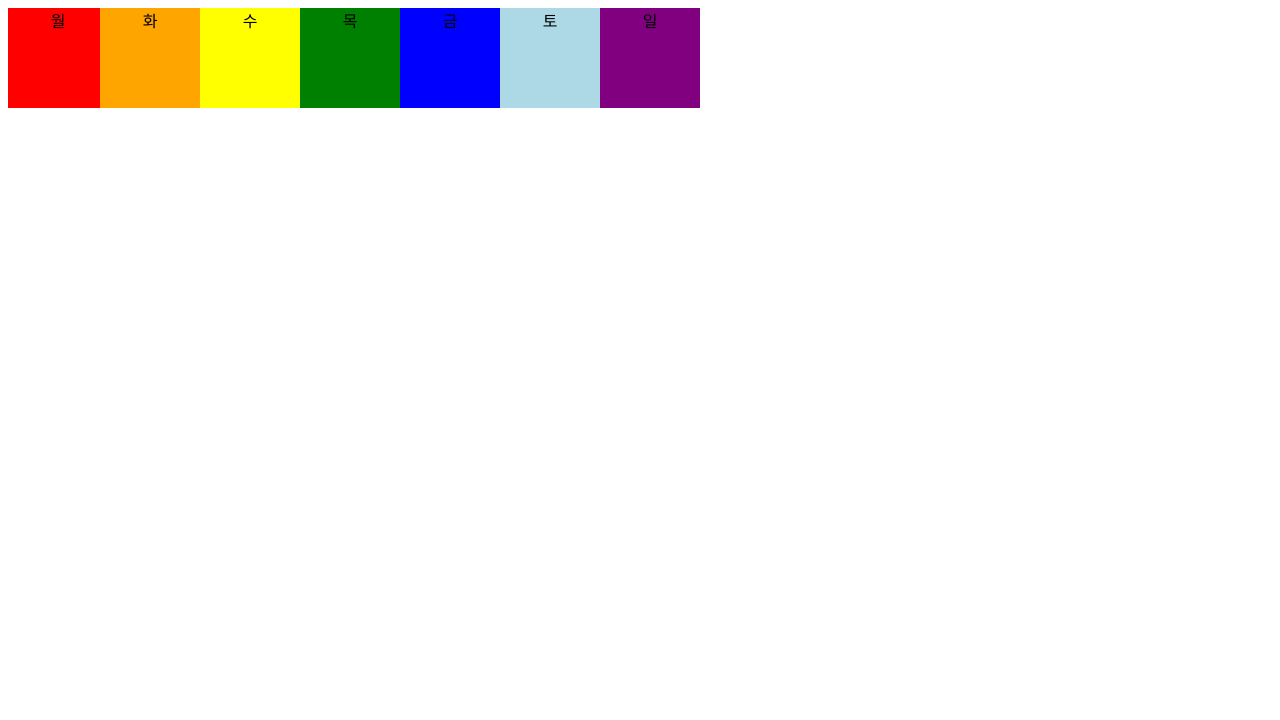
Repository: Jooheehan-kopo/web-workspace
Page: Lecture-web/WebContent/Jquery/weekdays.html
An editor plug-in stored every save of this project. The page is shown before and after the next save, followed by the edit.
The browser window is 1280 px wide. The pictures show the whole page.
Some web libraries are served in a nearby version.

Above is the page before, as saved 2021-06-17 08:09:01.

After the next save:
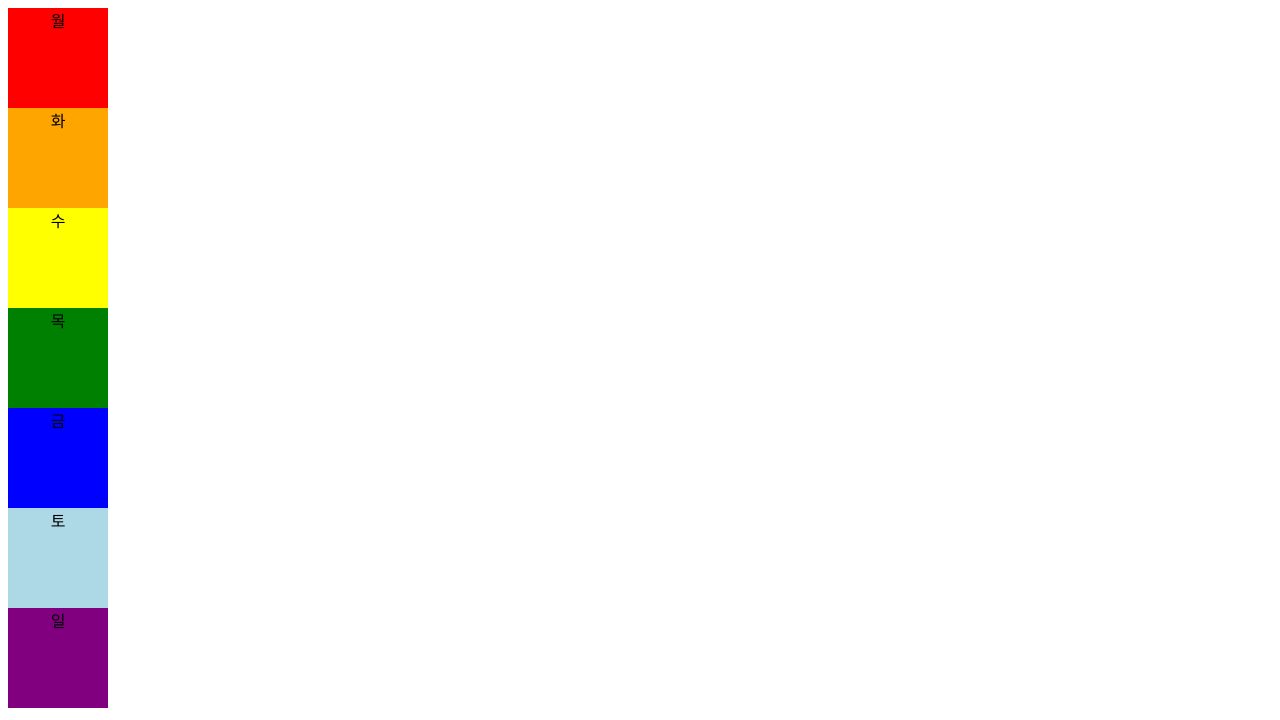
Saved 2 min 4 s later.
--- a/Lecture-web/WebContent/Jquery/weekdays.html
+++ b/Lecture-web/WebContent/Jquery/weekdays.html
@@ -9,7 +9,7 @@
 	width: 100px;
 	height: 100px;
 	background-color: red;
-	position: absolute;
+
 	text-align: center;
 }
 #tue {
@@ -17,7 +17,7 @@
 	height: 100px;
 	left:100px;
 	background-color: orange;
-	position: absolute;
+
 	text-align: center;
 }
 #wed {
@@ -25,7 +25,7 @@
 	height: 100px;
 	left:200px;
 	background-color: yellow;
-	position: absolute;
+
 	text-align: center;
 }
 #thrs {
@@ -33,7 +33,7 @@
 	height: 100px;
 	left:300px;
 	background-color: green;
-	position: absolute;
+
 	text-align: center;
 }
 #fri {
@@ -41,7 +41,7 @@
 	height: 100px;
 	left:400px;
 	background-color: blue;
-	position: absolute;
+
 	text-align: center;
 }
 #sat {
@@ -49,7 +49,7 @@
 	height: 100px;
 	left:500px;
 	background-color: lightblue;
-	position: absolute;
+
 	text-align: center;
 }
 #sun {
@@ -57,7 +57,7 @@
 	height: 100px;
 	left:600px;
 	background-color: purple;
-	position: absolute;
+
 	text-align: center;
 }
 

After the save that followed:
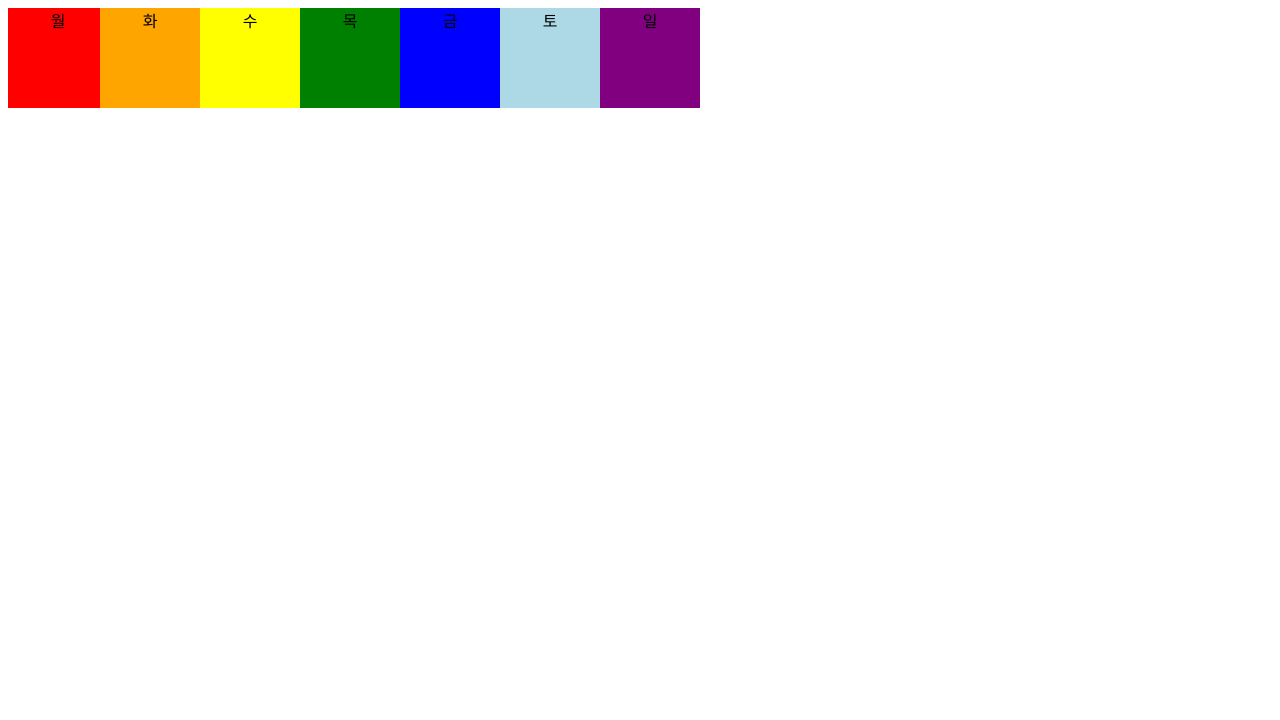
Saved 29 s later.
--- a/Lecture-web/WebContent/Jquery/weekdays.html
+++ b/Lecture-web/WebContent/Jquery/weekdays.html
@@ -9,7 +9,7 @@
 	width: 100px;
 	height: 100px;
 	background-color: red;
-
+	position: absolute;
 	text-align: center;
 }
 #tue {
@@ -17,7 +17,7 @@
 	height: 100px;
 	left:100px;
 	background-color: orange;
-
+	position: absolute;
 	text-align: center;
 }
 #wed {
@@ -25,7 +25,7 @@
 	height: 100px;
 	left:200px;
 	background-color: yellow;
-
+	position: absolute;
 	text-align: center;
 }
 #thrs {
@@ -33,7 +33,7 @@
 	height: 100px;
 	left:300px;
 	background-color: green;
-
+	position: absolute;
 	text-align: center;
 }
 #fri {
@@ -41,7 +41,7 @@
 	height: 100px;
 	left:400px;
 	background-color: blue;
-
+	position: absolute;
 	text-align: center;
 }
 #sat {
@@ -49,7 +49,7 @@
 	height: 100px;
 	left:500px;
 	background-color: lightblue;
-
+	position: absolute;
 	text-align: center;
 }
 #sun {
@@ -57,7 +57,7 @@
 	height: 100px;
 	left:600px;
 	background-color: purple;
-
+	position: absolute;
 	text-align: center;
 }
 
